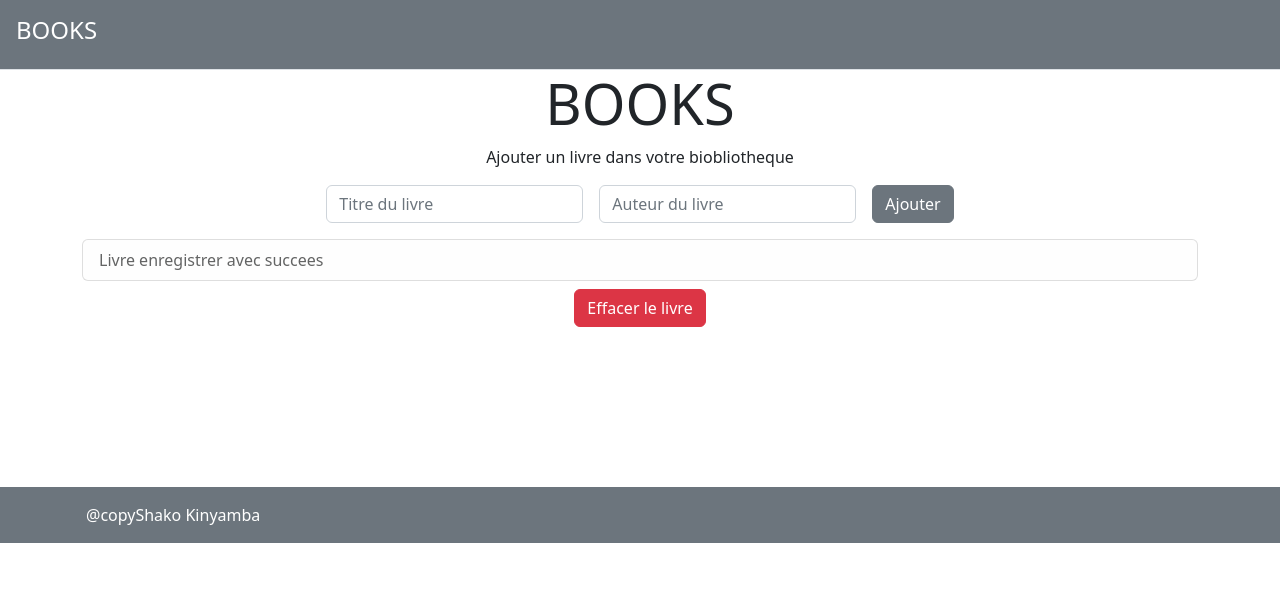
Repository: SKB-TECH/Books
Page: /
The author's editor kept a copy of each file at every save. The page is drawn from the files as they stood at one save, then again after a run of saves.
The browser window is 1280 px wide. The pictures show the whole page.
The project was rebuilt for these pictures with package versions that can differ from the ones it lists, and the page was loaded fresh each time. Also part of the build but not shown: vite.config.js.

Above is the page before, as saved 2022-11-09 16:29:13.

### index.html
<!DOCTYPE html>
<html lang="en">

<head>
  <meta charset="UTF-8" />
  <meta name="viewport" content="width=device-width, initial-scale=1.0" />
  <title>Books Manager</title>
</head>

<body>
  <div id="root"></div>
  <script type="module" src="/src/main.jsx"></script>
</body>

</html>

### src/main.jsx
import React from 'react'
import ReactDOM from 'react-dom/client'
import App from './App'
import 'bootstrap/dist/css/bootstrap.min.css'

ReactDOM.createRoot(document.getElementById('root')).render(
  <React.StrictMode>
    <App />
  </React.StrictMode>
)

### src/App.jsx
import React from 'react';
import Footer from './components/Footer';
import Navbar from './components/Navbar';
import AddBooks from './Containers/AddBooks'
const App = () => {
  return (
    <div className='App'>
      <Navbar />
      <AddBooks />
      <Footer />
    </div>
  );
};

export default App;

### src/components/Footer.jsx
import React from 'react';

const Footer = () => {
    return (
        <footer className='footer text-white bg-secondary mt-5'>
            <div className='container p-3'>
                <span>
                    @copyShako Kinyamba
                </span>
            </div>
        </footer>
    );
};

export default Footer;

### src/components/Navbar.jsx
import React from 'react';

const Navbar = () => {
    return (
        <header>
            <div className='d-flex flex-column flex-md-row p-3 border-bottom bg-secondary text-white'>
                <h4 className='mr-md-auto'>
                    <a href="/" className='text-decoration-none text-white'>BOOKS</a>
                </h4>
            </div>
            {/* Menu principl */}
        </header>
    );
};

export default Navbar;

### src/Containers/AddBooks.jsx
import { React, useState } from 'react';

const AddBooks = () => {

    const initialState = {
        titre: '',
        auteur: ''
    }
    const [Data, setData] = useState(initialState);
    return (
        <main role="main">
            <div className='jumbotron jumbotron-fluid'>
                <div className='container text-center'>
                    <h1 className='display-4'>
                        BOOKS
                    </h1>
                    <p>
                        Ajouter un livre dans votre biobliotheque
                    </p>

                    <form className="form-inline justify-content-center row g-3">
                        <div className="col-auto">
                            <input type="text"
                                className="form-control ml-3"
                                id="inputPassword2"
                                placeholder="Titre du livre"
                                value={Data.titre}
                            />
                        </div>
                        <div className="col-auto">
                            <input type="text"
                                className="form-control ml-3"
                                id="inputPassword2"
                                placeholder="Auteur du livre"
                                value={Data.auteur} />
                        </div>
                        <div class="col-auto">
                            <button type="submit" className="btn btn-secondary mb-3">Ajouter</button>
                        </div>
                    </form>
                </div>
            </div>

            <div className='container' style={{ minHeight: '200px' }}>
                <div className='row'>
                    <div className='col-md-12'>
                        <ul className='list-group'>
                            <li className='list-group-item list-group-item-light d-flex justify-content-between'>
                                Livre enregistrer avec succees
                            </li>
                        </ul>
                    </div>

                    <div className='d-flex justify-content-center'>
                        <button className='btn btn-danger mt-2 '>Effacer le livre</button>
                    </div>
                </div>
            </div>
        </main>
    );
};

export default AddBooks;

After the next 5 saves:
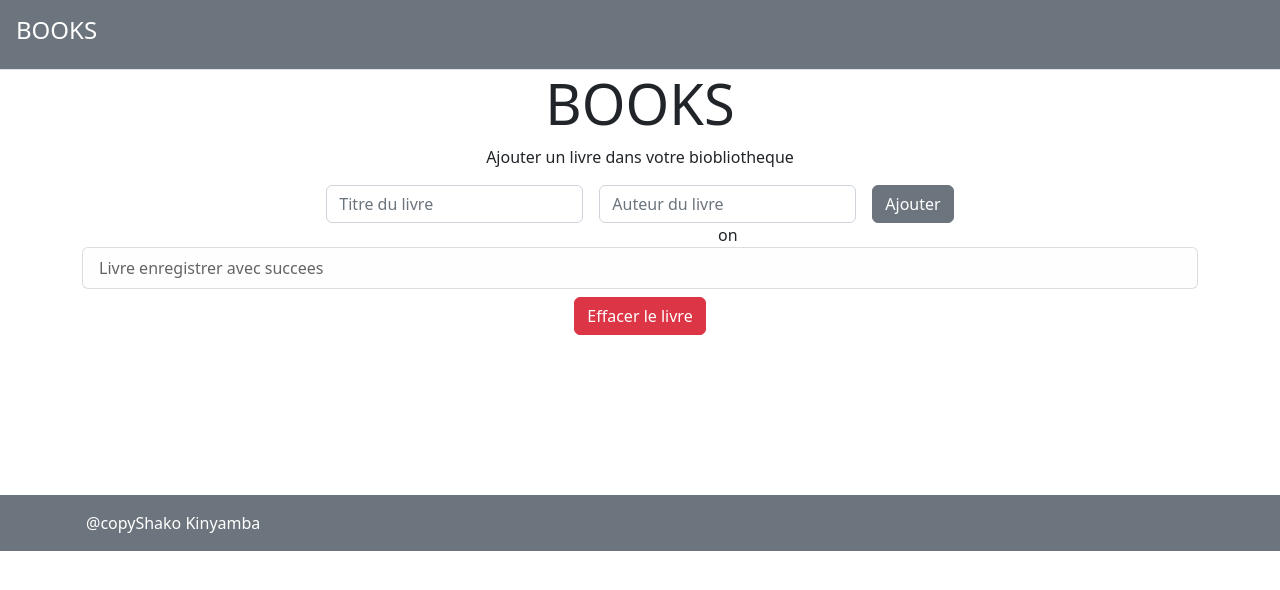
The 5 saves are shown as one change because they came seconds apart.
The last was saved 2 min 17 s later.
--- a/src/Containers/AddBooks.jsx
+++ b/src/Containers/AddBooks.jsx
@@ -33,6 +33,7 @@
                                 id="inputPassword2"
                                 placeholder="Auteur du livre"
                                 value={Data.auteur} />
+                                on
                         </div>
                         <div class="col-auto">
                             <button type="submit" className="btn btn-secondary mb-3">Ajouter</button>

After the 3 saves that followed:
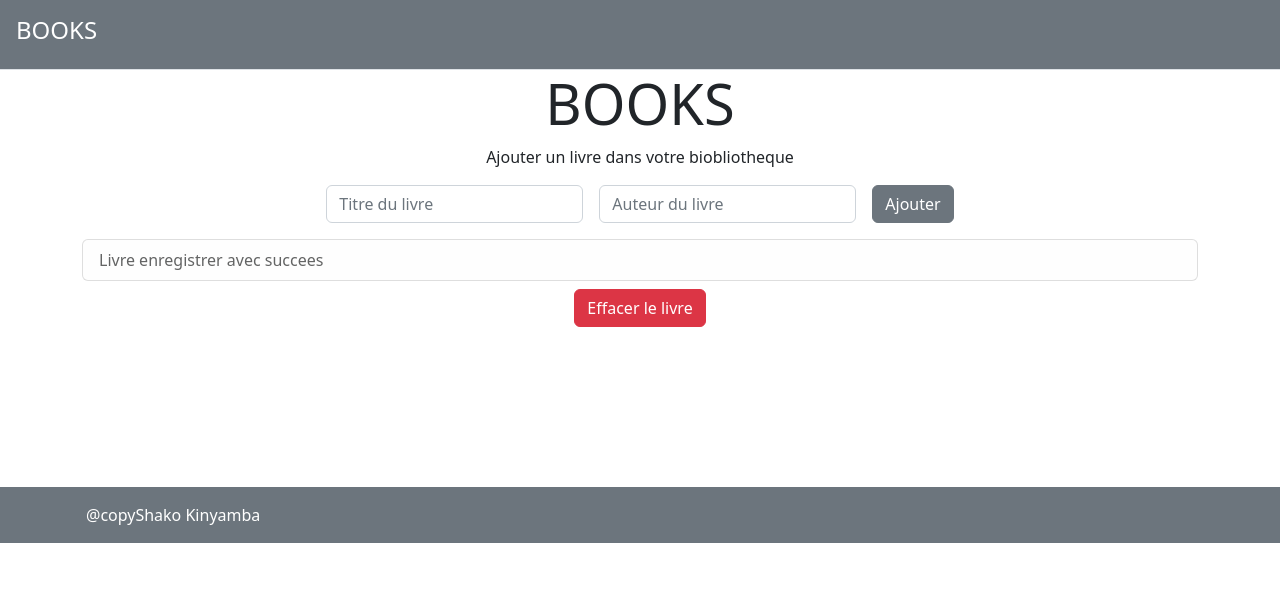
The 3 saves are shown as one change because they came seconds apart.
The last was saved 9 s later.
--- a/src/Containers/AddBooks.jsx
+++ b/src/Containers/AddBooks.jsx
@@ -32,8 +32,10 @@
                                 className="form-control ml-3"
                                 id="inputPassword2"
                                 placeholder="Auteur du livre"
-                                value={Data.auteur} />
-                                on
+                                value={Data.auteur}
+                                ON
+                                />
+
                         </div>
                         <div class="col-auto">
                             <button type="submit" className="btn btn-secondary mb-3">Ajouter</button>
